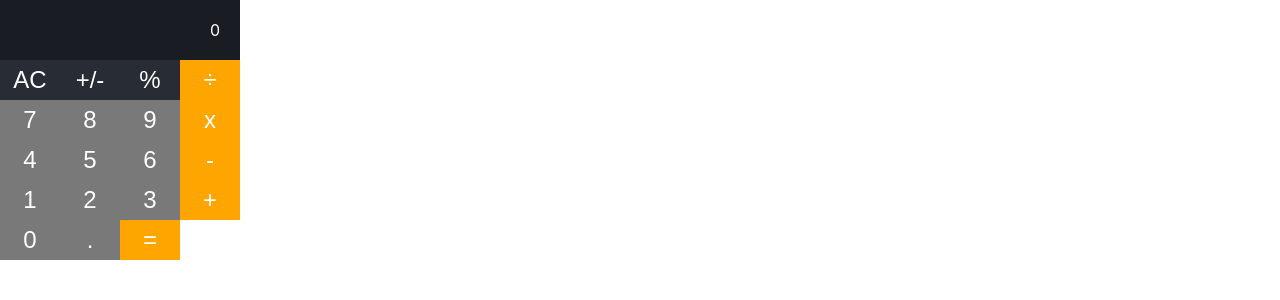
Repository: catsarenotreal/CalculatorWebApp
Page: /
The author's editor kept a copy of each file at every save. The page is drawn from the files as they stood at one save, then again after a run of saves.
The browser window is 1280 px wide. The pictures show the whole page.
The project was rebuilt for these pictures with package versions that can differ from the ones it lists, and the page was loaded fresh each time.

Above is the page before, as saved 2024-08-23 10:32:53.

### src/App.tsx
import React from 'react';
// import logo from './logo.svg';
import { useState } from 'react';
import './App.css';

let stack : string[] = [];
var currNum : number = 0;

// const [display, setDisplay] = useState(0);

type Props = {
  val : string;
  colour : 'orange'|'darkgrey'|'lightgrey';
}

function refresh(){

}

// function calculation(op : string) { // when pressing operations, the prior evaluation is supposed to show

//   // var currNum : number;


//   let newNum : number = Number(stack.join());
//   stack.length = 0; // clearing stack

//   switch (op){ // er this is wrong
//     case "+":
//       currNum += newNum;
//       break;
//     case "-":
//       currNum -= newNum;
//       break;
//     case "÷":
//       if (newNum === 0) {
//         refresh(); // display not a number and refresh backend
//       }
//       currNum /= newNum;
//       break;
//     case "x":
//       currNum *= newNum;
//       break;
//   }


//   setDisplay(currNum);

// }

function DisplayScreen(props : Props){
  return <div className = "box">
    currNum;
  </div>
}

function Buttons(props : Props){

  const [display, setDisplay] = useState(0);

  const val = props.val;
  const colour = props.colour;

  function calculation(op : string) { // when pressing operations, the prior evaluation is supposed to show

    let newNum : number = Number(stack.join());
    stack.length = 0; // clearing stack

    switch (op){ // er this is wrong
      case "+":
        currNum += newNum;
        break;
      case "-":
        currNum -= newNum;
        break;
      case "÷":
        if (newNum === 0) {
          refresh(); // display not a number and refresh backend
        }
        currNum /= newNum;
        break;
      case "x":
        currNum *= newNum;
        break;
    }

    setDisplay(currNum);

  }


  function handleClick(props : Props){
    const val = props.val;

    if (val === "+" || val === "-" || val === "x" || val === "÷"){
      var output = calculation(val);
    }
    else{
      stack.push(val);
      let newNum : number = Number(stack.join());
      setDisplay(newNum);
    }
  }

  return <button className = {`Buttons ${colour}`} onClick = {() => handleClick(props)}>
    {val}
  </button>
}

export default function Calc() {
  return (
    <main>
      <div className = "row">
        <div className= "DisplayScreen">{currNum}</div>
      </div>
      <div className = "row">
        <Buttons val={'AC'} colour = 'darkgrey'/>
        <Buttons val={'+/-'} colour = 'darkgrey'/>
        <Buttons val={'%'} colour = 'darkgrey'/ >
        <Buttons val={'÷'} colour = 'orange' />
      </div>
      <div className = "row">
        <Buttons val={'7'} colour = 'lightgrey'/>
        <Buttons val={'8'} colour = 'lightgrey'/>
        <Buttons val={'9'} colour = 'lightgrey'/ >
        <Buttons val={'x'} colour = 'orange' />
      </div>
      <div className = "row">
        <Buttons val={'4'} colour = 'lightgrey'/>
        <Buttons val={'5'} colour = 'lightgrey'/>
        <Buttons val={'6'} colour = 'lightgrey'/ >
        <Buttons val={'-'} colour = 'orange' />
      </div>
      <div className = "row">
        <Buttons val={'1'} colour = 'lightgrey'/>
        <Buttons val={'2'} colour = 'lightgrey'/>
        <Buttons val={'3'} colour = 'lightgrey'/ >
        <Buttons val={'+'} colour = 'orange' />
      </div>
      <div className = "row">
        <Buttons val={'0'} colour = 'lightgrey'/>
        <Buttons val={'.'} colour = 'lightgrey'/>
        <Buttons val={'='} colour = 'orange'/>
      </div>
    </main>

  );
}

### src/App.css
.App {
  text-align: center;
}

.App-logo {
  height: 40vmin;
  pointer-events: none;
}


.App-header {
  background-color: #282c34;
  min-height: 100vh;
  display: flex;
  flex-direction: column;
  align-items: center;
  justify-content: center;
  font-size: calc(10px + 2vmin);
  color: white;
}

.App-link {
  color: #61dafb;
}


/* .DisplayScreen {
  background-color: rgb(24, 24, 24);
  text-align: right;
} */

.Buttons {
  text-align: center;
  box-shadow: none;
  outline: none;
  border: none;
  font-size: 1.5rem;
  color: white;
  height: 40px;
  width: 60px;
}

.Buttons.orange{
  background-color: orange;
}

.Buttons.lightgrey{
  background-color: #797979;
}

.Buttons.darkgrey{
  background-color:#282c34;
}

.DisplayScreen{
  width: 200px;
  height: 20px;
  padding:20px;
  /* font-size: 100;
   */
  font-size:3;
  padding-bottom: ;
  text-align: right;

  background-color: #191d23;
  color: white;
}





@keyframes App-logo-spin {
  from {
    transform: rotate(0deg);
  }
  to {
    transform: rotate(360deg);
  }
}

Loaded but not shown: public/index.html (common file); src/index.tsx (common file); src/index.css (common file); src/reportWebVitals.ts (common file)

After the next 2 saves:
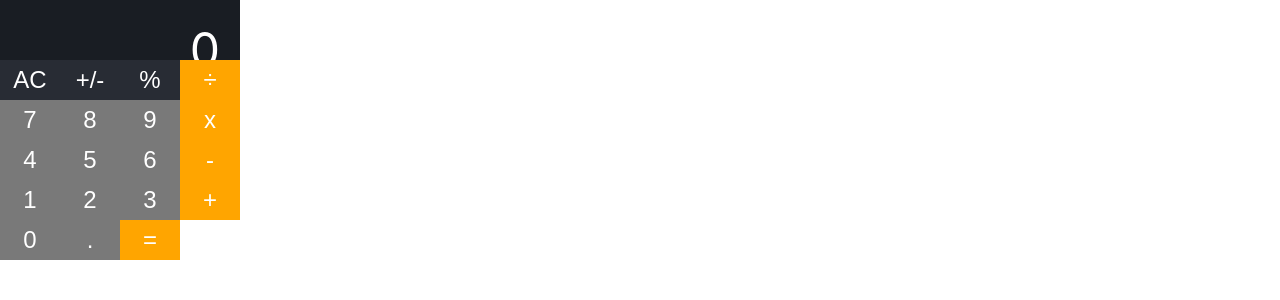
The 2 saves are shown as one change because they came seconds apart.
The last was saved 9 s later.
--- a/src/App.css
+++ b/src/App.css
@@ -58,7 +58,7 @@
   padding:20px;
   /* font-size: 100;
    */
-  font-size:3;
+  font-size:3rem;
   padding-bottom: ;
   text-align: right;
 
